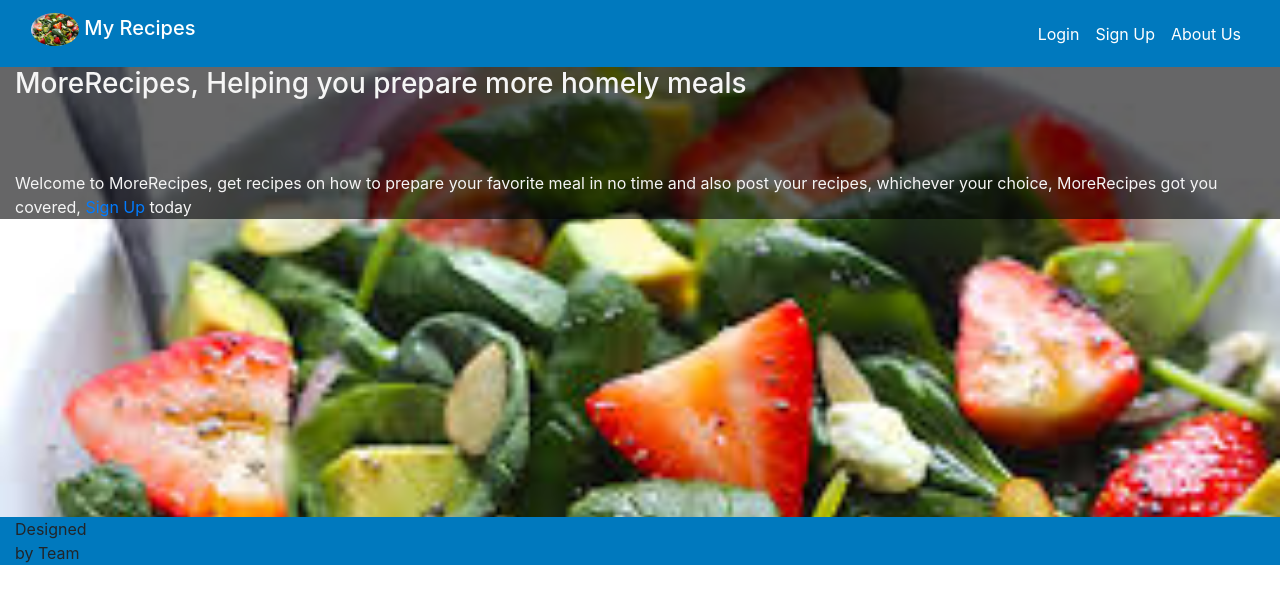
Repository: UggoPrince/more-recipes
Page: html/index.html
An editor plug-in stored every save of this project. The page is shown before and after the next save, followed by the edit.
The browser window is 1280 px wide. The pictures show the whole page.

Above is the page before, as saved 2018-07-30 07:00:59.

### html/index.html
<html lang="en">
<head>
  <meta charset="UTF-8">
  <meta name="viewport" content="width=device-width, initial-scale=1.0">
  <meta http-equiv="X-UA-Compatible" content="ie=edge">
  <link rel="stylesheet" href="https://maxcdn.bootstrapcdn.com/bootstrap/4.0.0/css/bootstrap.min.css" integrity="sha384-Gn5384xqQ1aoWXA+058RXPxPg6fy4IWvTNh0E263XmFcJlSAwiGgFAW/dAiS6JXm" crossorigin="anonymous"/>
  <style>
    main {
      background-color: rgba(0, 0, 3, 0.6);
      color: whitesmoke;
    }
    div#content {
      background-size: 100vw;
      background-repeat: no-repeat;
      background-image: url(../img/nav-image.jpg);
      background-size: cover;
      height: 450px;
      background-repeat: no-repeat;
    }
    nav {
      background-color: #0079be;
      color: white;
    }
    .nav-link {
      color: white;
    }
  </style>
  <title>My Recipes Homepage</title>
</head>
<body>
  <nav class="xnav navbar navbar-expand-lg">
    <div class="container-fluid">
      <h3 style="color: white;" class="navbar-brand">
        <img class="rounded-circle" src="../img/nav-image.jpg" style="width: 48px;" alt="logo"/>
        My Recipes
      </h3>
      <button class="navbar-toggler" type="button" data-toggle="collapse" aria-controls="navDropdown" aria-expanded="false" aria-label="Toggle Navigation" data-target="#navDropdown" >
        <span class="navbar-toggler-icon"></span>
      </button>
      <div class="collapse navbar-collapse justify-content-end brand-anchor" id="navDropdown">
        <ul class="navbar-nav">
          <li class="nav-item">
            <a class="nav-link" href="login.html">Login</a>
          </li>
          <li class="nav-item">
            <a class="nav-link" href="signup.html">Sign Up</a>
          </li>
          <li class="nav-item">
            <a class="nav-link" href="about.html">About Us</a>
          </li>
        </ul>
      </div>
    </div>
  </nav>
  <div id="content">
    <main class="container-fluid">
      <div class="row">
        <div class="col-8">
            <h3>MoreRecipes, Helping you prepare more homely meals</h3>
        </div>
      </div>
      <div style="padding-top: 5%">
          Welcome to MoreRecipes, get recipes on how to prepare your favorite meal in no time and also post your recipes, whichever your choice, MoreRecipes got you covered, <a href="signup.html">Sign Up</a> today
      </div>

    </main>
  </div>
  <footer class="container-fluid" style="background-color: #0079be;">
    <div class="row">
      <div class="col-1">Designed by Team</div>
    </div>
  </footer>
</body>
</html>

After the next save:
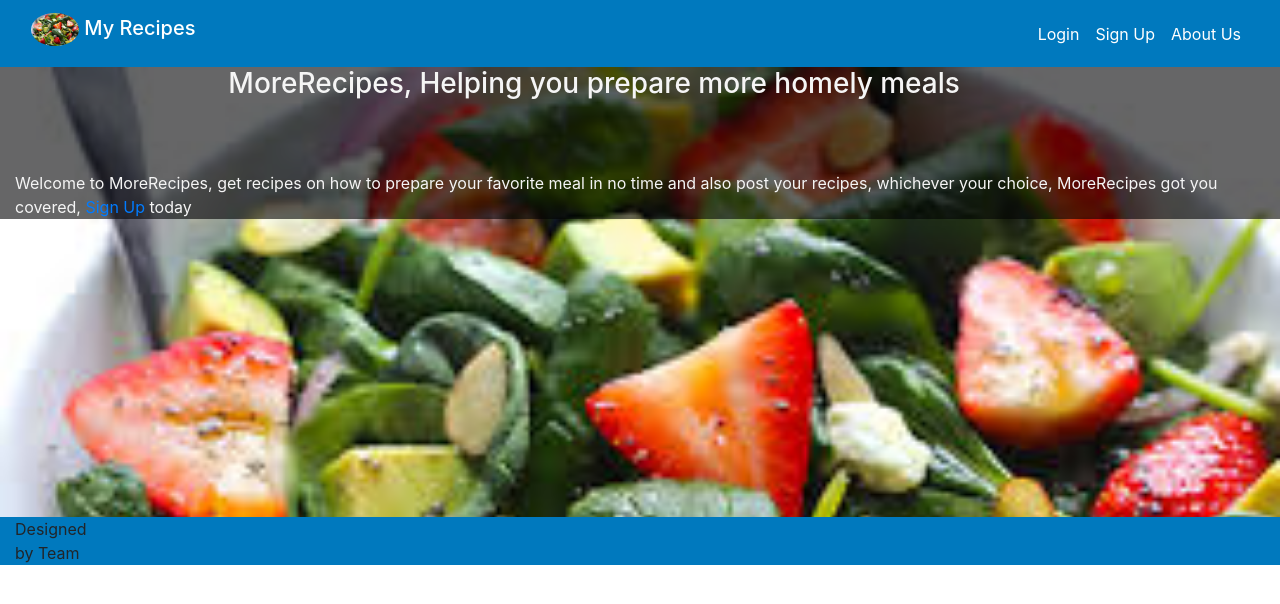
Saved 16 s later.
--- a/html/index.html
+++ b/html/index.html
@@ -55,7 +55,7 @@
   <div id="content">
     <main class="container-fluid">
       <div class="row">
-        <div class="col-8">
+        <div class="offset-2 col-8">
             <h3>MoreRecipes, Helping you prepare more homely meals</h3>
         </div>
       </div>
